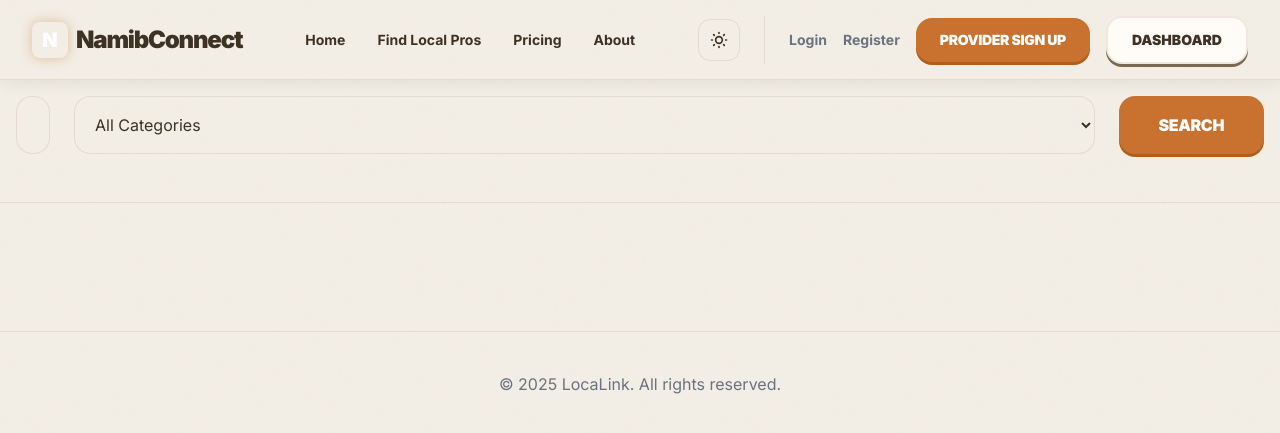
Repository: Paavo12/Localink
Page: frontend/search.html
An editor plug-in stored every save of this project. The page is shown before and after the next save, followed by the edit.
The browser window is 1280 px wide. The pictures show the whole page.
The page's requests for data from a server got no answer. Some web libraries are served in a nearby version.

Above is the page before, as saved 2026-06-12 10:02:19.

After the next save:
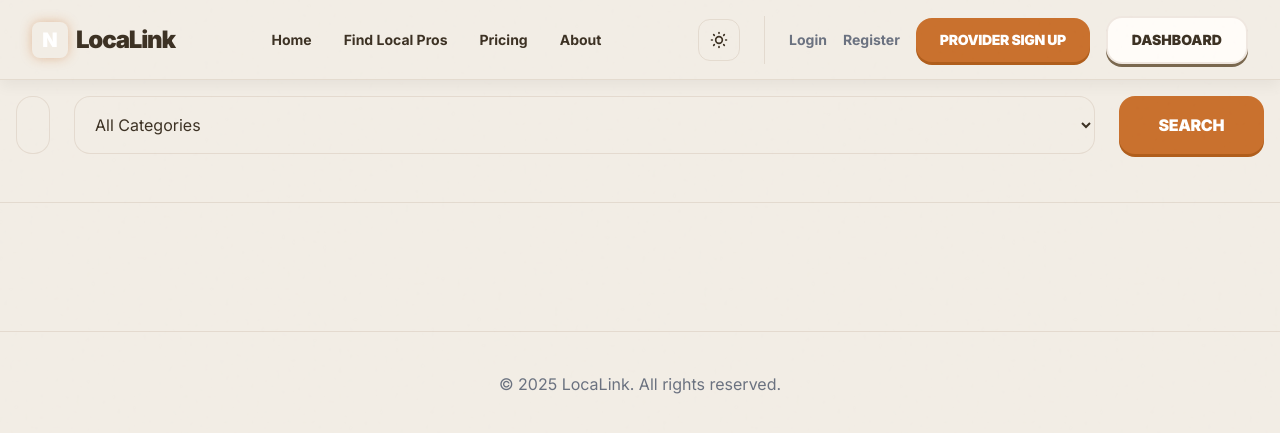
Saved 22 s later.
--- a/frontend/search.html
+++ b/frontend/search.html
@@ -17,7 +17,7 @@
         <div class="w-9 h-9 bg-accent rounded-lg flex items-center justify-center transition-transform group-hover:rotate-12 shadow-neon">
           <span class="text-white font-display font-black text-xl">N</span>
         </div>
-        <span class="font-display font-black text-2xl tracking-tighter text-[var(--text-main)]">NamibConnect</span>
+        <span class="font-display font-black text-2xl tracking-tighter text-[var(--text-main)]">LocaLink</span>
       </a>
       <div class="hidden md:flex items-center gap-8">
         <a href="index.html" class="text-sm font-bold HOME_CLASS">Home</a>
